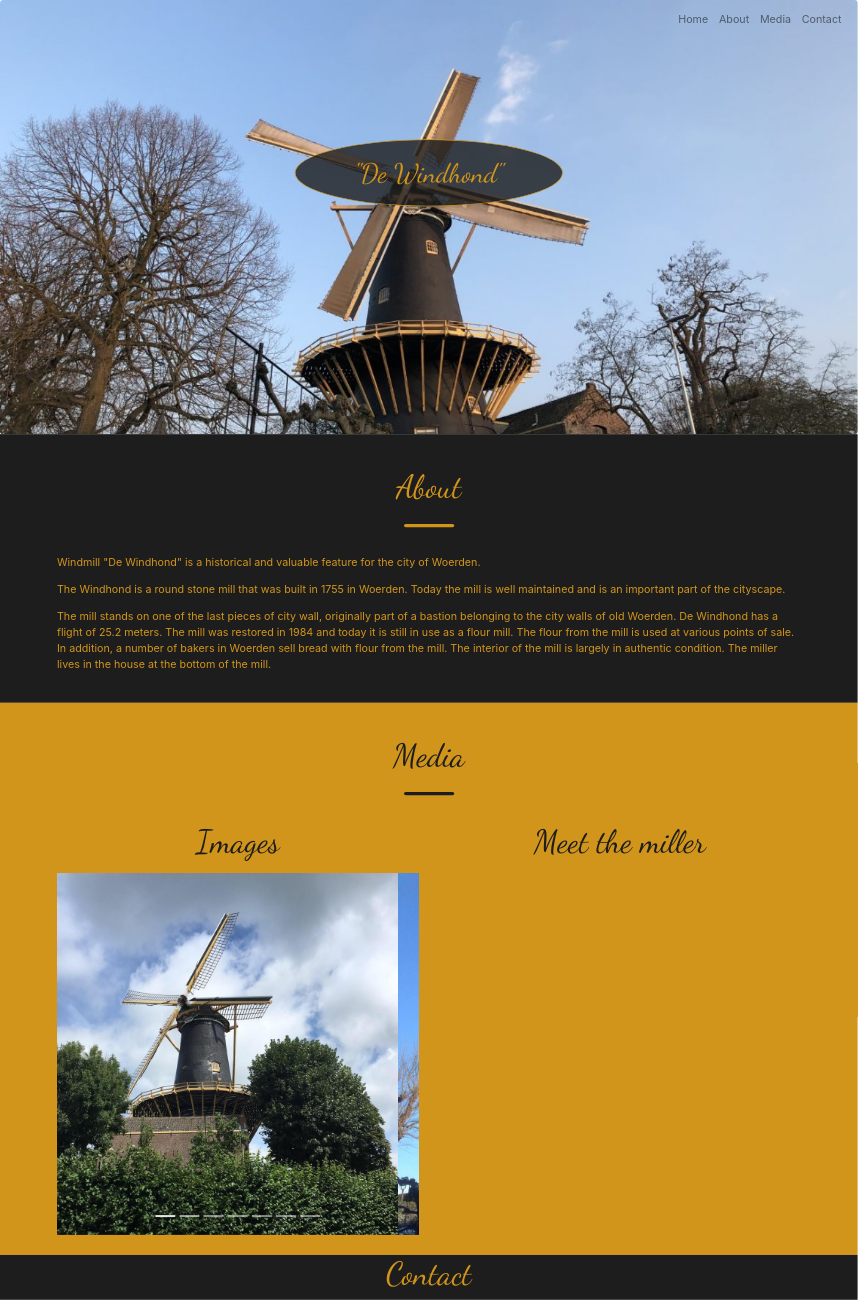
Repository: jdl208/DeWindhond
Page: index.html
The author's editor kept a record of every edit. The page is drawn from the files as they stood at one moment, then again after the next edit.
The browser window is 1280 px wide. The pictures show the whole page, at 67% of full size.
Pictures or frames that could not be fetched are drawn as grey boxes. Some web libraries are served in a nearby version.

Above is the page before.

### index.html
<!DOCTYPE html>
<html lang="en">

<head>
    <meta charset="UTF-8">
    <meta name="viewport" content="width=device-width, initial-scale=1.0">
    <meta http-equiv="X-UA-Compatible" content="ie=edge">
    <title>Windmill "De Windhond"</title>
    <link rel="stylesheet" href="https://stackpath.bootstrapcdn.com/bootstrap/4.3.1/css/bootstrap.min.css" integrity="sha384-ggOyR0iXCbMQv3Xipma34MD+dH/1fQ784/j6cY/iJTQUOhcWr7x9JvoRxT2MZw1T" crossorigin="anonymous">
    <link href="https://fonts.googleapis.com/css?family=Dancing+Script:400,700&display=swap" rel="stylesheet">
    <link rel="stylesheet" href="assets/css/style.css" type="text/css" />

</head>

<body>

    <!-- Header and Navigation-->

    <header class="jumbotron" id="home">
        <nav class="navbar fixed-top navbar-expand-lg navbar-light">
            <div class="navbar-brand" href="#"></div>
            <button class="navbar-toggler" type="button" data-toggle="collapse" data-target="#navbarTogglerDemo02" aria-controls="navbarTogglerDemo02" aria-expanded="false" aria-label="Toggle navigation">
                <span class="navbar-toggler-icon"></span>
            </button>

            <div class="collapse navbar-collapse" id="navbarTogglerDemo02">
                <ul class="navbar-nav ml-auto mt-2 mt-lg-0">
                    <li class="nav-item ml-auto">
                        <a class="nav-link" href="#home">Home <span class="sr-only">(current)</span></a>
                    </li>
                    <li class="nav-item ml-auto">
                        <a class="nav-link" href="#about">About</a>
                    </li>
                    <li class="nav-item ml-auto">
                        <a class="nav-link" href="#media">Media</a>
                    </li>
                    <li class="nav-item ml-auto">
                        <a class="nav-link" href="#contact">Contact</a>
                    </li>
                </ul>
            </div>
        </nav>
        <h1 class="name">"De Windhond"
        </h1>
    </header>

    <!-- About the Mill -->

    <section class="dark-bg sectioncontainer" id="about">
        <div class="container about">
            <h2>About</h2>
            <hr class="block-divider yellow-divider">
            <p>Windmill "De Windhond" is a historical and valuable feature for the city of Woerden.</P>
            <p>The Windhond is a round stone mill that was built in 1755 in Woerden. Today the mill is well maintained and is an important part of the cityscape.</p>
            <p>The mill stands on one of the last pieces of city wall, originally part of a bastion belonging to the city walls of old Woerden. De Windhond has a flight of 25.2 meters. The mill was restored in 1984 and today it is still in use as a flour
                mill. The flour from the mill is used at various points of sale. In addition, a number of bakers in Woerden sell bread with flour from the mill. The interior of the mill is largely in authentic condition. The miller lives in the house
                at the bottom of the mill.
            </p>
        </div>
    </section>

    <section id="media" class="sectioncontainer light-bg mediabox">
        <div class="container ">
            <H2>Media</H2>
            <hr class="block-divider dark-divider">
            <div class="row">
                <div class="col-md-6 imagebox">
                    <h3>Images</h3>
                    <div id="carouselExampleIndicators" class="carousel slide mediacarroussel" data-ride="carousel">
                        <ol class="carousel-indicators">
                            <li data-target="#carouselExampleIndicators" data-slide-to="0" class="active"></li>
                            <li data-target="#carouselExampleIndicators" data-slide-to="1"></li>
                            <li data-target="#carouselExampleIndicators" data-slide-to="2"></li>
                            <li data-target="#carouselExampleIndicators" data-slide-to="3"></li>
                            <li data-target="#carouselExampleIndicators" data-slide-to="4"></li>
                            <li data-target="#carouselExampleIndicators" data-slide-to="5"></li>
                            <li data-target="#carouselExampleIndicators" data-slide-to="6"></li>
                        </ol>
                        <div class="carousel-inner">
                            <div class="carousel-item active">
                                <img src="assets/images/img1.jpg" class="d-block" alt="...">
                            </div>
                            <div class="carousel-item">
                                <img src="assets/images/img2.jpg" class="d-block" alt="...">
                            </div>
                            <div class="carousel-item">
                                <img src="assets/images/img3.jpg" class="d-block" alt="...">
                            </div>
                            <div class="carousel-item">
                                <img src="assets/images/img4.jpg" class="d-block" alt="...">
                            </div>
                            <div class="carousel-item">
                                <img src="assets/images/img5.jpg" class="d-block" alt="...">
                            </div>
                            <div class="carousel-item">
                                <img src="assets/images/img6.jpg" class="d-block" alt="...">
                            </div>
                            <div class="carousel-item">
                                <img src="assets/images/img7.jpg" class="d-block" alt="...">
                            </div>
                        </div>
                        <a class="carousel-control-prev" href="#carouselExampleIndicators" role="button" data-slide="prev">
                        <span class="carousel-control-prev-icon" aria-hidden="true"></span>
                        <span class="sr-only">Previous</span>
                    </a>
                        <a class="carousel-control-next" href="#carouselExampleIndicators" role="button" data-slide="next">
                        <span class="carousel-control-next-icon" aria-hidden="true"></span>
                        <span class="sr-only">Next</span>
                    </a>
                    </div>
                </div>
                <div class="col-md-6">
                    <h3>Meet the miller</h3>
                    <iframe width="100%" height="315" src="https://www.youtube.com/embed/lAjF5r5rAqM" frameborder="0" allow="accelerometer; autoplay; encrypted-media; gyroscope; picture-in-picture" allowfullscreen></iframe>
                </div>
            </div>
        </div>
    </section>
    <section id="contact" class="dark-bg">
    <h2>Contact</h2>

    </section>

    <script src="https://code.jquery.com/jquery-3.3.1.slim.min.js" integrity="sha384-q8i/X+965DzO0rT7abK41JStQIAqVgRVzpbzo5smXKp4YfRvH+8abtTE1Pi6jizo" crossorigin="anonymous"></script>
    <script src="https://cdnjs.cloudflare.com/ajax/libs/popper.js/1.14.7/umd/popper.min.js" integrity="sha384-UO2eT0CpHqdSJQ6hJty5KVphtPhzWj9WO1clHTMGa3JDZwrnQq4sF86dIHNDz0W1" crossorigin="anonymous"></script>
    <script src="https://stackpath.bootstrapcdn.com/bootstrap/4.3.1/js/bootstrap.min.js" integrity="sha384-JjSmVgyd0p3pXB1rRibZUAYoIIy6OrQ6VrjIEaFf/nJGzIxFDsf4x0xIM+B07jRM" crossorigin="anonymous"></script>
    <script src="https://kit.fontawesome.com/70761e8d6e.js"></script>

</body>

</html>

### assets/css/style.css
@import url('https://fonts.googleapis.com/css?family=Dancing+Script:400,700&display=swap');

/* ---------------------------------------------- Colors */

.dark-bg {
    color: rgb(209, 149, 28);
    background-color: rgba(29, 29, 29, 1);
}
.light-bg {
    background-color: rgb(209, 149, 28);
    color: rgb(29, 29, 29);
}
.block-divider {
    width: 75px;
    height: 5px;
    border: 0;
    border-radius: 15px;
    margin-bottom: 40px;
}

.yellow-divider {
        background-color: rgb(209, 149, 28);
}

.dark-divider {
        background-color: rgb(29, 29, 29);
}

/* ---------------------------------------------- Heading */

h2,
h3 {
    font-family: "dancing script";
    text-align: center;
    font-size: 3rem;
    padding-bottom: 10px;
}

/* ---------------------------------------------- Header and navbar */

.navbar {
    background: none;
}

.navbar-light {
    color: rgba(29, 29, 29, 1);
}

.jumbotron {
    height: 90vh;
    background: url(../images/mill-outside-full.jpg);
    background-position: top;
    background-size: cover;
    background-repeat: no-repeat;
    margin-bottom: 0;
}

.name {
    color: rgb(209, 149, 28);
    background-color: rgba(29, 29, 29, 0.8);
    border: rgb(209, 149, 28) solid 1px;
    height: 100px;
    width: 400px;
    max-width: 75vw;
    padding-top: 25px;
    border-radius: 100%;
    margin: auto;
    margin-top: 20vh;
    text-align: center;
    font-family: "dancing script";
}

/* ---------------------------------------------- About */

/* ---------------------------------------------- Media */

.carousel-item {
    height: 75vh;
    background-color: rgba(29, 29, 29, 0.2);
}

.sectioncontainer {
    padding-top: 50px;
    padding-bottom: 30px;
}

.carousel-item img {
    margin: auto;
    height: 75vh;
}

After the next edit:
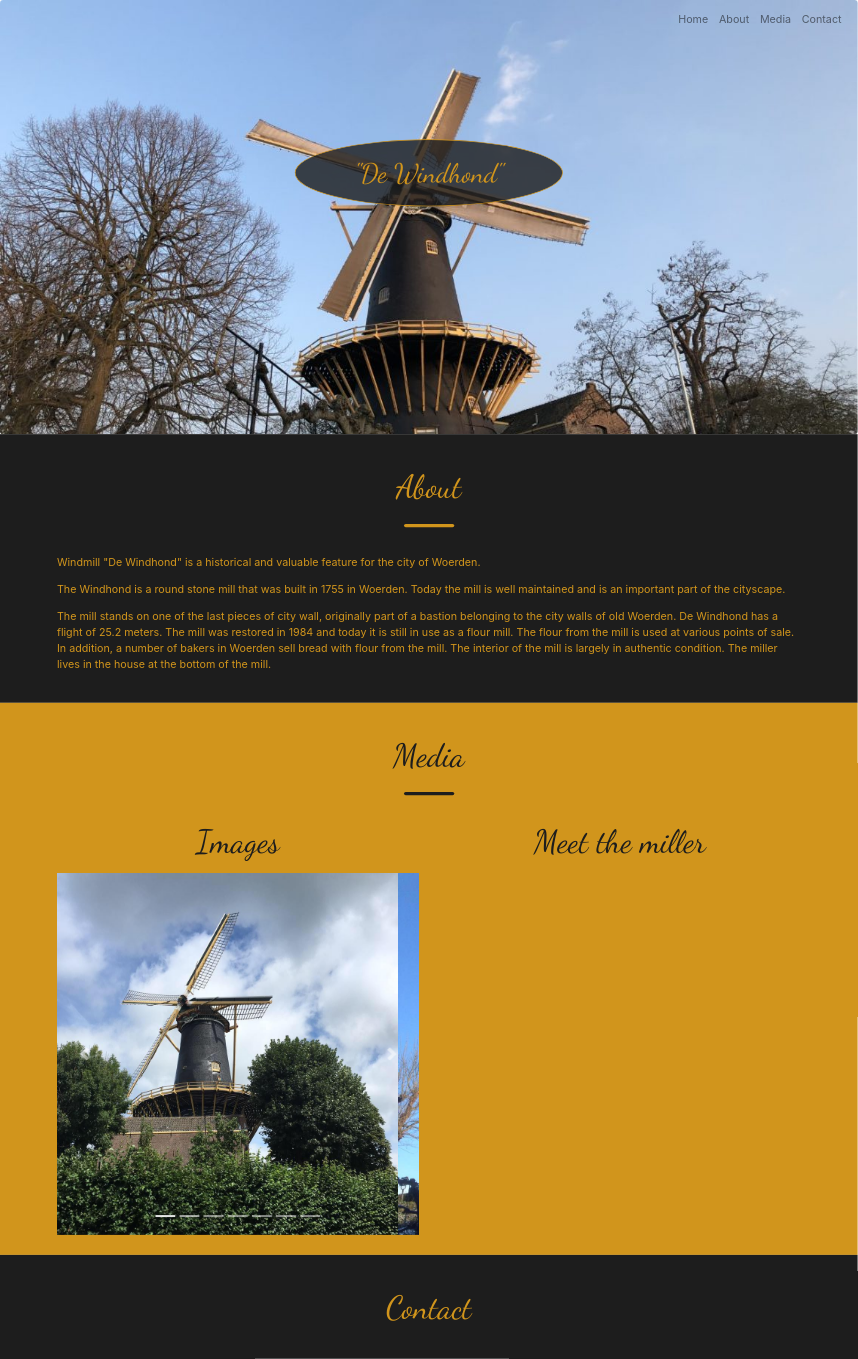
The edit:
--- a/index.html
+++ b/index.html
@@ -116,7 +116,7 @@
             </div>
         </div>
     </section>
-    <section id="contact" class="dark-bg">
+    <section id="contact" class="sectioncontainer dark-bg">
     <h2>Contact</h2>
 
     </section>
